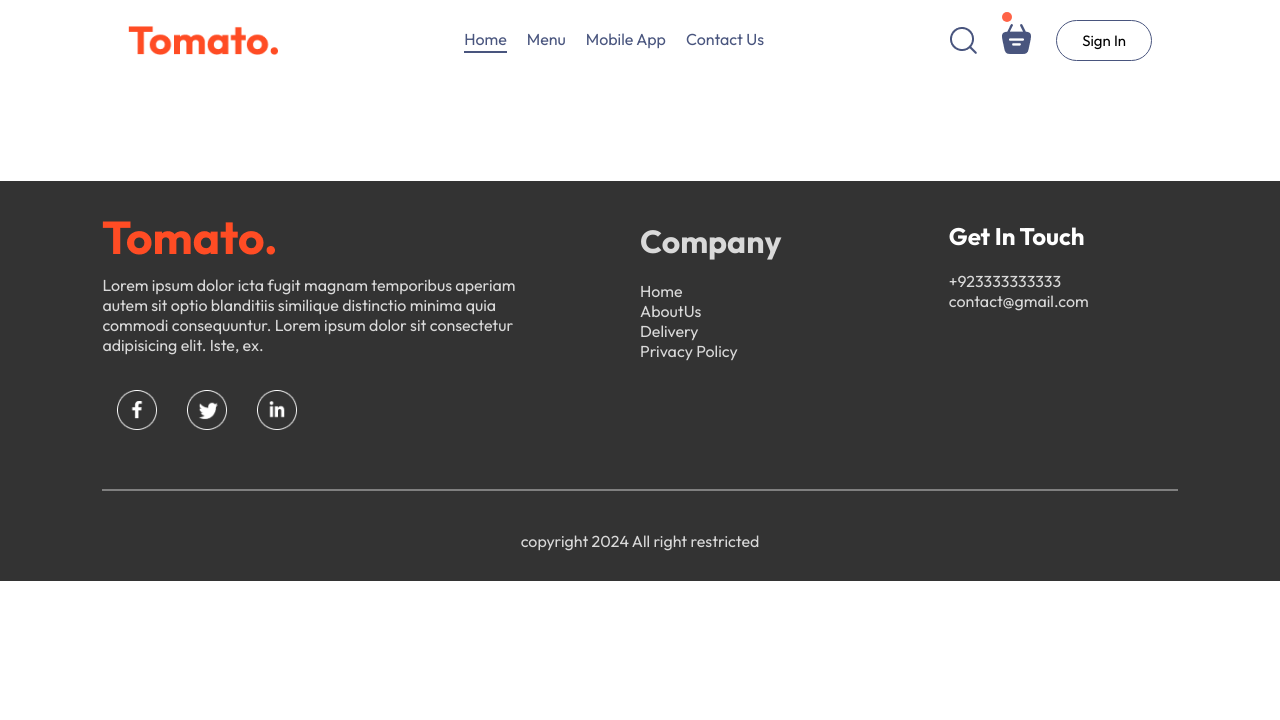
Repository: Attar786/Food-ordering-app
Page: /cart (app in frontend/)
The author's editor kept a copy of each file at every save. The page is drawn from the files as they stood at one save, then again after the next save.
The browser window is 1280 px wide. The pictures show the whole page.
The project was rebuilt for these pictures with package versions that can differ from the ones it lists, and the page was loaded fresh each time. Also part of the build but not shown: frontend/vite.config.js, frontend/src/components/Header/Header.css, frontend/src/components/Header/Header.jsx, frontend/src/components/ExploreMenu/ExploreMenu.css, frontend/src/components/ExploreMenu/ExploreMenu.jsx, frontend/src/components/FoodDisplay/FoodDisplay.css, frontend/src/components/FoodItem/FoodItem.css, frontend/src/components/FoodItem/FoodItem.jsx and 9 more.

Above is the page before, as saved 2024-07-30 14:44:44.

After the next save:
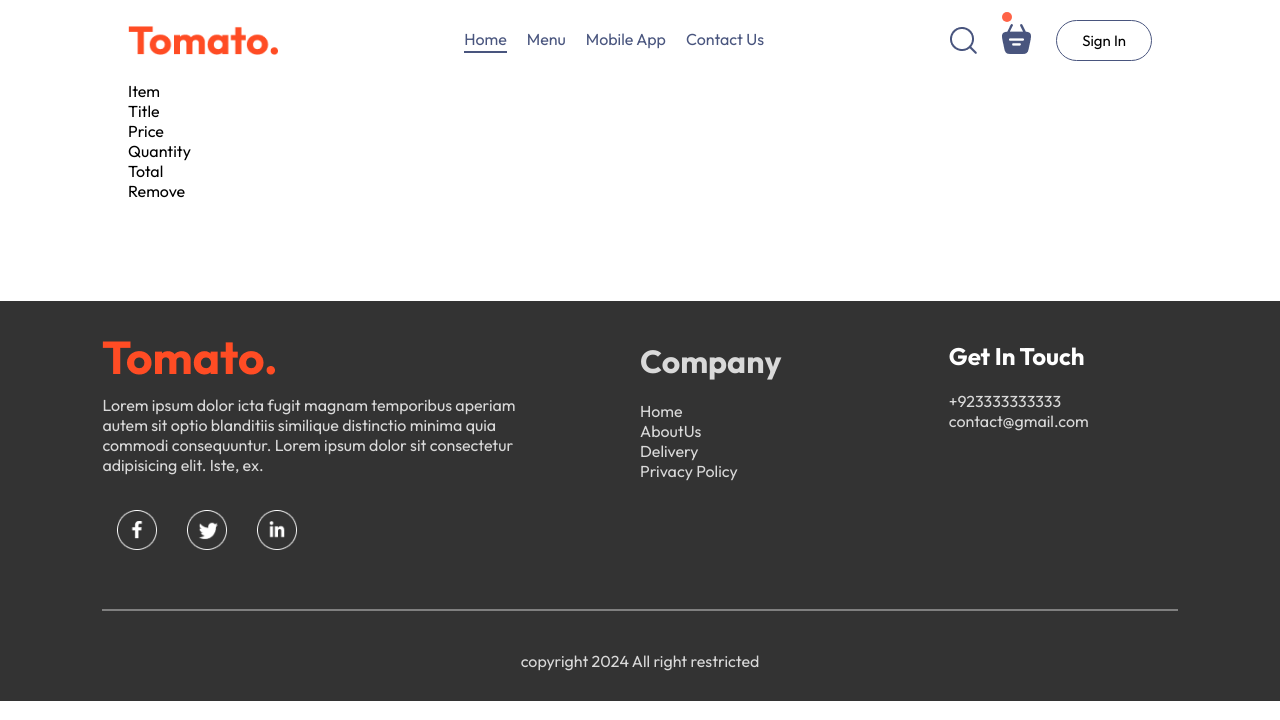
Saved 2 min 12 s later.
--- a/frontend/src/pages/Cart/Cart.jsx
+++ b/frontend/src/pages/Cart/Cart.jsx
@@ -4,7 +4,18 @@ import { StoreContext } from '../../context/StoreContext'
 const Cart = () => {
   const {cartItems,food_list,removeFrp,Cart} = useContext(StoreContext);
   return (
-    <div> </div>
+    <div className='cart'>
+      <div className="cart-items">
+        <div className="cart-item-title">
+          <p>Item</p>
+          <p>Title</p>
+          <p>Price</p>
+          <p>Quantity</p>
+          <p>Total</p>
+          <p>Remove</p>
+        </div>
+      </div>
+       </div>
   )
 }
 
